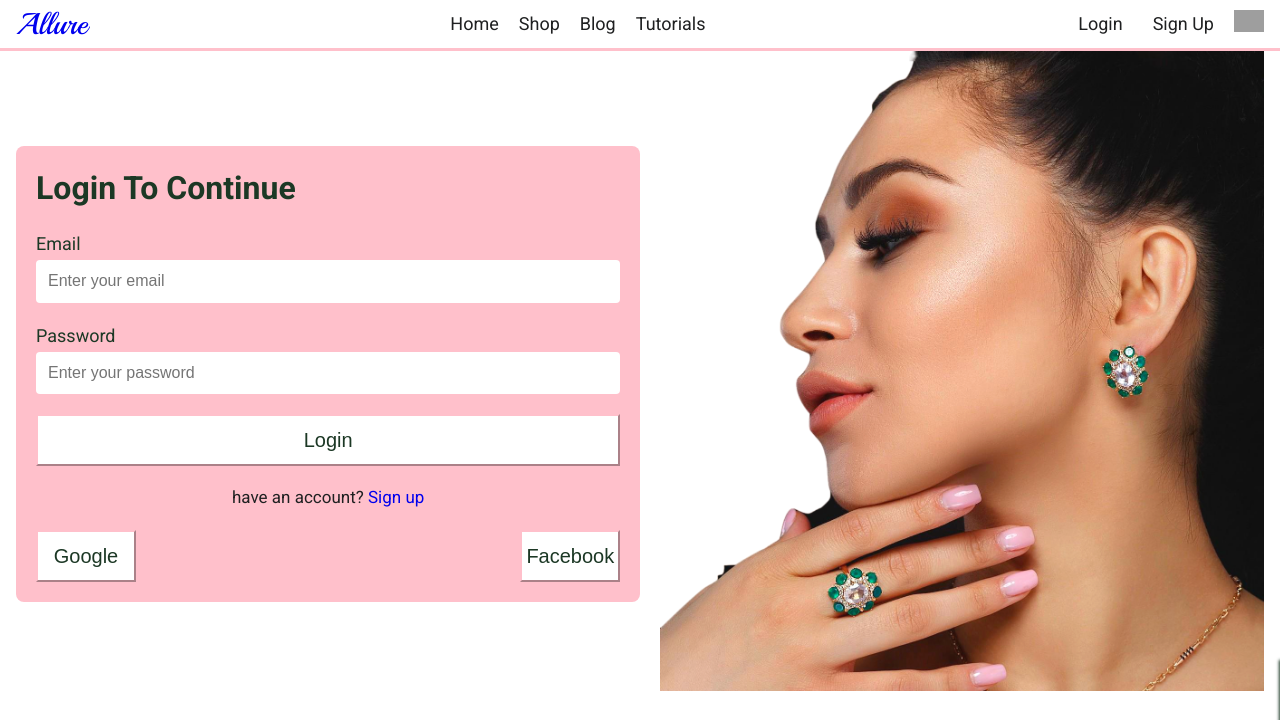
Repository: Benedict-Anthony/Allure-E-commerce-React-Js
Page: /login
An editor plug-in stored every save of this project. The page is shown before and after the next save, followed by the edit.
The browser window is 1280 px wide. The pictures show the whole page.
Pictures or frames that could not be fetched are drawn as grey boxes. The page's requests for data from a server got no answer. The project was rebuilt for these pictures with package versions that can differ from the ones it lists, and the page was loaded fresh each time. No one was signed in, and anything a server would have sent is missing. Also part of the build but not shown: src/App.css, src/css/card.css, src/shared/Card.tsx, src/scripts/landing.ts, src/css/landing.css, src/components/Landing.tsx, src/css/courses.css, src/shared/Course.tsx and 23 more.

Above is the page before, as saved 2023-02-04 04:57:58.

### src/index.css
@import url('https://fonts.googleapis.com/css2?family=Great+Vibes&family=Playball&family=Roboto:wght@300;400;700&display=swap');


:root {
  --primary-color: pink;
  --secondary-color: #1c3825;
  --text-color: #1f2021;
  --basic: #fff;
  --fontSize: 18px;

}


*,
*::after,
*::before {
  padding: 0;
  margin: 0;
  box-sizing: border-box;
  line-height: 1.4em;
  transition: all .3s linear;
  list-style: none;
  text-decoration: none;
}

html {
  scroll-behavior: smooth;
}

body {
  width: 100%;
  background-color: var(--basic);
  color: var(--text-color);
  font-family: 'Roboto', sans-serif;
}

.container {
  padding: 0 1rem;
  overflow: hidden;
  height: auto;
}

.button {
  display: inline-block;
  padding: 10px 20px;
  color: var(--basic);
  margin-top: 20px;
  background-color: var(--secondary-color);
  border: 2px solid var(--fontSize);
  border-radius: 6px;
}

.flex {
  display: flex;
  justify-content: space-between;
  align-items: center;
}

.flex-center {
  justify-content: center;
}

.flex-row {
  flex-direction: column;
}


.swiper {
  width: 100%;
  height: 100%;
}

.swiper-slide {
  text-align: center;
}


.grid {
  display: grid;
  grid-template-columns: repeat(auto-fit, minmax(12rem, 2fr));
  justify-content: space-between;
  align-items: flex-start;
  gap: 20px;
}


.btn {
  display: inline-block;
  background-color: var(--text-color);
  color: var(--basic);
  font-size: 16px;
  font-family: inherit;
  margin-top: 10px;
  border: 1px solid var(--basic);
  padding: 10px 20px;
  border-radius: 8px;
}

.section {
  margin-top: 20px;
}

.togglebar,
.close {
  display: none;
}

.wrapper {
  max-width: 960px;
  margin: 0 auto;
}

.strike {
  text-decoration: line-through;
  color: var(--secondary-color);
  font-size: 10px;
}




@media(max-width:1024px) {
  /* .grid {
    grid-template-columns: repeat(3, 1fr);
  } */
}


@media(max-width:768px) {

  .container {
    padding: 0 1.3rem;
    overflow: hidden;
    height: auto;
  }

  /* .flex {
    flex-direction: column;
  } */

  /* .grid {
    grid-template-columns: repeat(2, 1fr);
  } */


  /* .togglebar,
  .close {
    display: block;
  } */
}

@media(max-width:500px) {

  /* .flex {
    display: grid;
    grid-template-columns: 1fr 1fr;
  } */

  .grid {
    grid-template-columns: 1fr 1fr;
  }
}

### src/App.tsx
import React from 'react';
import './App.css';
import { BrowserRouter, Routes, Route } from "react-router-dom"
import { ProductProvider } from './contexts/ProductContext';


import Home from './pages/Home';
import Shop from './pages/Shop';
import Header from './components/Header';
import { LessonProvider } from './contexts/LessonContext';
import Tutorials from './pages/Tutorials';
import ProductDetail from './pages/ProductDetail';
import CourseDetail from './pages/CourseDetail';
import Login from './pages/Login';
import SignIn from './pages/SignIn';
import Account from './pages/Account';
import ButtonNav from './components/ButtonNav';

function App() {
  return (
    <BrowserRouter>
      <LessonProvider>
        <ProductProvider>
          <Header />
          <Routes>
            <Route path={"/"} element={<Home />} />
            <Route path='/login' element={<Login />} />
            <Route path='/sign-in' element={<SignIn />} />
            <Route path='/account' element={<Account />} />
            <Route path={"/shop"} element={<Shop />} />
            <Route path={"/tutorials"} element={<Tutorials />} />
            <Route path={"/product/:slug"} element={<ProductDetail />} />
            <Route path={"/course/:slug"} element={<CourseDetail />} />
          </Routes>
          <ButtonNav />
        </ProductProvider>
      </LessonProvider>
    </BrowserRouter>
  );
}

export default App;

### src/contexts/ProductContext.tsx
import React from "react"
import { createContext,  useReducer, useEffect } from 'react';
import { childrenProps, ProductContextInterface } from "../types/contextTypes"
import { initialProductInterface } from "../types/reducerTypes"
import { productReducer } from "../reducers/productReducers";
import getData from "../utils/fetchFunc";
import { ProductType } from "../reducers/productReducers";
import { LessonType } from "../reducers/lessonReducer";


const ProductContext = createContext({} as ProductContextInterface)

export const ProductProvider = ({ children }: childrenProps) => {
    const initialState: initialProductInterface = {
        products: [],
        lessonAssets:[],
        product:{},
        isFetching: true,
        rltd:[]
    }
    const [state, dispatch] = useReducer(productReducer, initialState)
    const fetchProductData = async () => {
        const data = await getData("products")
        dispatch({type:ProductType.LOAD_PRODUCTS, payload:data})
    }

    const getSingleProduct = async (slug:number | string | undefined) => {
        const data = await getData("products", slug)
        const rltdData = await getData(`products/${slug}/category`)
        dispatch({type:ProductType.LOAD_PRODUCT_DETAIL, payload:data, others:rltdData})
    }

   const getLessonAssets = async (slug : string | undefined) => {
       const data = await getData(`lessons/${slug}/assets`)
       dispatch({type:LessonType.LOAD_LESSON_DETAIL_ASSETS, others:data})
   }

    useEffect(() => {
        fetchProductData()
    },[])
    return (

        <ProductContext.Provider value={{
            data: state,

            getSingleProduct,
            getLessonAssets,
        }}>
        {children}
    </ProductContext.Provider>
        )
}


export default ProductContext

### src/components/Header.tsx
import React, { useState } from 'react'
import { FaBars, FaTimes } from 'react-icons/fa'
import { Link } from 'react-router-dom'
import { Navigations } from '../scripts/topNavItems';
import cart from "../assets/cart.png";
import "../css/header.css"

const Header = () => {
  const [activeMenu, setActiveMenu] = useState(false)

  return (
    <header>
      <div className="container">
        <nav className="nav__items">
          <div className="logo">
            <Link to={"/"}>Allure</Link>
          </div>

          <ul className={`nav_links flex ${activeMenu && "active"} `}>
            {Navigations.map((item) => (
              <li key={item.id}>
                {item.page ? <Link to={`/${item.to}`}>{item.name}</Link> : <a href={`#${item.to}`}>{item.name}</a>}
              </li>
            ))}
            <FaTimes className="close" onClick={() => setActiveMenu(false)} />
          </ul>

          <ul className="nav_icons">

            <li><Link to={"login"}>Login</Link></li>
            <li><Link to={"sign-in"}>Sign Up</Link></li>
            <div className="cart">
              <img src={cart} alt="" />

            </div>
            <FaBars className="togglebar" onClick={() => setActiveMenu(true)} />
          </ul>
        </nav>
      </div>
    </header>
  )
}

export default Header

### src/contexts/LessonContext.tsx
import { createContext, useEffect, useReducer } from "react";
import lessonReducer from "../reducers/lessonReducer";
import { initialLessonInterface } from '../types/reducerTypes';
import { childrenProps, LessonContextInterface } from '../types/contextTypes';
import getData from "../utils/fetchFunc";
import { LessonType } from '../reducers/lessonReducer';
const LessonContext = createContext({} as LessonContextInterface)

export const LessonProvider = ({ children }: childrenProps) => {
    const initialState:initialLessonInterface = {
        lessons:[],
        count: 0,
        lesson:{}
    }

    const [state, dispatch] = useReducer(lessonReducer, initialState)

    async function fetchLessonData() {
        const data = await getData("lessons")
        dispatch({type:LessonType.LOAD_LESSONS, payload:data})
    }

    const getLessonDetails = async (slug:string |undefined) => {
        const data = await getData(`lessons/${slug}`)
        dispatch({ type:LessonType.LOAD_LESSON_DETAIL, payload:data})
    }

    useEffect(() => {
      fetchLessonData()
    },[])
    return (
        <LessonContext.Provider value={{
            data:state,
            getLessonDetails
            }}>
            {children}
        </LessonContext.Provider>
    )
}

export default LessonContext

### src/pages/Login.tsx
import React, { FormEvent } from 'react'
import { Link } from "react-router-dom"
import loginModel from "../assets/model.png";
import "../css/login.css"
import Button from '../shared/Button';
import useForm from "../hooks/useForm"


const Login = () => {
  const { handleAccount, reset, loginData } = useForm("")

  const handleSubmit = (e: FormEvent<HTMLFormElement>) => {
    e.preventDefault()
    console.log(loginData)
    reset()
  }
  return (
    <section className='container'>
      <main className="login">
        <form action="" className='form' onSubmit={handleSubmit}>
          <h3>Login to continue</h3>
          <div className="form-group">
            <label htmlFor="">Email</label>
            <input type="text" placeholder='Enter your email' name="email" onChange={handleAccount} />
          </div>
          <div className="form-group">
            <label htmlFor="">Password</label>
            <input type="password" placeholder='Enter your password' name='password' onChange={handleAccount} />
          </div>
          <Button type='submit'>Login</Button>
          <div className="login_or_sigh-up">
            have an account? <Link to={"/sign-in"}>Sign up</Link>
          </div>

          <div className='social'>
            <Button type='submit'>Google</Button>
            <Button type='submit'>Facebook</Button>
          </div>
        </form>
        <div className="model">
          <img src={loginModel} alt="" />
        </div>
      </main>

    </section>
  )
}

export default Login

### src/components/ButtonNav.tsx
import React from 'react'
import { AiOutlineHome, AiOutlineUser } from "react-icons/ai"
import { BiShoppingBag, BiLogIn } from "react-icons/bi"
import { MdOutlinePlayLesson } from "react-icons/md"
import { GrBlog } from "react-icons/gr"
import { Link } from 'react-router-dom'




const ButtonNav = () => {
    window.addEventListener("scroll", () => {
        if (window.scrollY) {
            document.querySelector(".nav__bottom")?.classList.add("active__nav")
        } else {
            document.querySelector(".nav__bottom")?.classList.remove("active__nav")

        }
    })
    return (
        <nav className="nav__bottom">
            <ul>
                <li><Link to={"/"}><AiOutlineHome /></Link></li>
                <li><Link to={"/shop"}><BiShoppingBag /></Link></li>
                <li><Link to={"/tutorials"}><MdOutlinePlayLesson /></Link></li>
                <li><Link to={"/blog"}><GrBlog /></Link></li>
                <li><Link to={"/account"}><AiOutlineUser /></Link></li>
            </ul>
        </nav>
    )
}

export default ButtonNav

### src/reducers/productReducers.tsx
import { actionInterface, initialProductInterface } from "../types/reducerTypes";
import { LessonType } from "./lessonReducer";
export const ProductType = {
    LOAD_PRODUCTS: "LOAD_PRODUCTS",
    LOAD_PRODUCT_DETAIL:"LOAD_PRODUCT_DATAIL"
}
export const productReducer = (state:initialProductInterface, action:actionInterface) => {
    switch (action.type) {
        case ProductType.LOAD_PRODUCTS:
            return {
                ...state,
                products: action.payload,
                isFetching:false,
            }
        case ProductType.LOAD_PRODUCT_DETAIL:
            return {
                ...state,
                product: action.payload,
                rltd:action.others
            }
        case LessonType.LOAD_LESSON_DETAIL_ASSETS:
            return {
                ...state,
                lessonAssets:action.others
            }
        default:
            return state
    }
}

### src/utils/fetchFunc.tsx
const getData = async (endpoint: string, slug?: number | string | null) => {
    if (slug) {
        const response = await fetch(`http://127.0.0.1:8000/api/${endpoint}/${slug}`)
        const data = await response.json()
        return data
    } else {
        const response = await fetch(`http://127.0.0.1:8000/api/${endpoint}/`)
        const data = await response.json()
        return data
    }

}


export default getData

### src/reducers/lessonReducer.tsx
import { initialLessonInterface, actionInterface } from '../types/reducerTypes';

export const LessonType = {
    LOAD_LESSONS: "LOAD_LESSONS",
    LOAD_LESSON_DETAIL:"LOAD_DETAILS",
    LOAD_LESSON_DETAIL_ASSETS:"LOAD_LESSON_DETAIL_ASSETS"
}

const lessionReducer = (state:initialLessonInterface, action:actionInterface) => {
    switch (action.type) {
        case LessonType.LOAD_LESSONS:
            return {
                ...state,
                lessons:action.payload,
                count:1
            }
        case LessonType.LOAD_LESSON_DETAIL:
            return {
                ...state,
                lesson:action.payload
            }

        default:
            return state
    }
}


export default lessionReducer

### src/scripts/topNavItems.ts
export const Navigations = [
    {
        id: 1,
        name: "home",
        to: "",
        page: true,
    },
    // {
    //     id: 2,
    //     name: "courses",
    //     to: "courses",
    //     page: false,

    // },
    // {
    //     id: 3,
    //     name: "arrivals ",
    //     to: "products",
    //     page: false,

    // },
    {
        id: 4,
        name: "shop",
        to: "shop",
        page: true,
    },

    {
        id: 5,
        name: "blog",
        to: "blog",
        page: true,

    },
    {
        id: 6,
        name: "tutorials",
        to: "tutorials",
        page: true,


    },
]


export const Courses = [
    {
        id: 1,
        name: "courses",
        count: 100
    },

    {
        id: 2,
        name: "student",
        count: 150
    },

    {
        id: 3,
        name: "experience Tutors",
        count: 100
    },

    {
        id: 4,
        name: "beauty project",
        count: 200
    },
]

### src/css/header.css
header {
    padding: 3px 0px;
    /* background-color: var(--primary-color); */
    border-bottom: 3px solid var(--primary-color);
    /* osition: fixed;
    top: 0;
    width: 100%;
    z-index: 10;p */
}

header nav {
    display: flex;
    justify-content: space-between;
    align-items: center;
}

header nav .logo {
    font-size: 30px;
    /* font-family: 'Great Vibes', cursive;
     */
    font-family: 'Playball', cursive;
}

header nav li {
    position: relative;
    margin: 0 10px;
}

header nav li::after {
    content: '';
    width: 0;
    height: 2px;
    background: linear-gradient(to right, var(--secondary-color), var(--primary-color));
    position: absolute;
    bottom: 0;
    left: 0;
}

header nav li:hover::after {
    width: 100%;
}

header nav ul li a {
    color: var(--text-color);
    font-size: var(--fontSize);
    text-transform: capitalize;
}

header .cart {
    width: 30px;
}

header .cart img {
    width: 100%;
}



.nav_icons {
    display: flex;
    align-items: center;
    justify-content: space-around;
    column-gap: 10px;
}



.nav_icons svg {
    color: var(--secondary-color);
    font-size: 20px;
    margin: 0 2px;
}


.nav__bottom {
    display: block;
    width: 100%;
    margin: auto;
    margin-top: 40px;
    position: fixed;
    bottom: 0;
    left: 100%;
    background-color: var(--basic);
    padding: 15px 0;
    box-shadow: 3px 4px 3px 4px var(--secondary-color);
}

.nav__bottom ul {
    display: flex;
    align-items: center;
    justify-content: center;
}

.nav__bottom ul li {
    margin: 0 15px;
}

.nav__bottom ul li svg {
    color: var(--secondary-color);
    font-size: 1.5rem;
    font-weight: 700;
}

@media(max-width:768px) {
    header nav .nav_links {
        position: absolute;
        top: -100vh;
        right: 0;
        width: 80%;
        background-color: var(--basic);
        border-left: 3px solid var(--primary-color);
        height: 100vh;
        z-index: 10;
        justify-content: flex-start;
        align-items: flex-start;
        gap: 25px;
        padding-left: 50px;
        padding-top: 50px;
        display: none;

    }

    .nav_icons li {
        display: none;
    }

    header nav .nav_links.active {
        top: 0;
    }

    .close {
        position: absolute;
        top: 7px;
        left: .6rem;
        font-weight: 100;
        font-size: 25px;
        color: var(--secondary-color);
    }

    .nav__bottom {
        left: 0;
    }

    .active__nav {
        bottom: -160px
    }

}

### src/shared/Button.tsx
import React from 'react'
import { ReactNode } from "react"

import "../css/button.css"
type ButtonProps = {
    children:ReactNode,
    type:"button" | "submit",
    hanldleOnclick?: () => void
}
const Button = ({children, type, hanldleOnclick}:ButtonProps) => {
  return (
    <button type={type} onClick={hanldleOnclick}> {children} </button>
  )
}

export default Button

### src/css/login.css
.login {
    display: flex;
    justify-content: space-between;
    align-items: center;
    /* margin-top: 20px; */
    column-gap: 20px;
}

.login :is(.form, .model) {
    width: 100%;
}

.login .form {
    background-color: var(--primary-color);
    border-radius: 8px;
    padding: 20px;
    width: 100%;
}

.login .form h3 {
    color: var(--secondary-color);
    font-size: 32px;
    text-transform: capitalize;
}

.w-50 {
    display: flex;
    column-gap: 20px;
}

.login .form .form-group {
    width: 100%;
    display: flex;
    align-items: flex-start;
    justify-content: flex-start;
    flex-direction: column;
    margin: 20px 0;
}

.login .form .form-group label {
    color: var(--secondary-color);
    font-size: 18px;
}

.login .form .form-group input {
    padding: 10px 12px;
    margin-top: 4px;
    border: 0;
    outline: 0;
    width: 100%;
    font-size: 16px;
    border-radius: 4px;
}

.login_or_sigh-up {
    text-align: left;
    margin-top: 20px;
    font-size: 17px;
    text-align: center;
}

.login .form .social {
    display: flex;
    justify-content: space-between;
    align-items: center;
    gap: 20px;
}


.login .form .social button {
    width: 100px;
    padding: 10px 0;
}

.login .form :is(button) {
    width: 100%;
    font-size: 20px;
}

.login .model img {
    width: 100%;
    max-height: 40rem;
    object-fit: cover;
    object-position: top;
}




@media(max-width:946px) {
    .login {
        display: flex;
        justify-content: center;
        align-items: center;
        margin-top: 20px;
    }

    .login .model {
        display: none;
    }
}

@media(max-width:480px) {
    .w-50 {
        flex-flow: column;
        gap: 0;
    }
}

### src/hooks/useForm.tsx
import { ChangeEvent, useState } from "react"

type createAccountType = {
    firstName: string
    lastName: string
    email: string
    password: string
    passwordcomfirm: string
}
const useForm = (value: string) => {
    const [createAccount, setCreateAccount] = useState<createAccountType>({
        firstName: value,
        lastName: value,
        email: value,
        password: value,
        passwordcomfirm: value

    })

    const reset = () => {
        setCreateAccount({
            firstName: value,
            lastName: value,
            email: value,
            password: value,
            passwordcomfirm: value
        })
    }
    const handleAccount = (event: ChangeEvent<HTMLInputElement>) => {
        setCreateAccount({ ...createAccount, [event.target.name]: event.target.value })
    }


    const loginData = { email: createAccount.email, password: createAccount.password }

    return { createAccount, handleAccount, reset, loginData }

}

export default useForm

### src/css/button.css
button {
    display: block;
    margin-top: 20px;
    padding: 10px 20px;
    color: var(--secondary-color);
    background-color: var(--basic);
    border: 2px outset var(--primary-color)
}

button:hover {
    transform: scale(.98);
    transition: .4s cubic-bezier(0.165, 0.84, 0.44, 1);
    cursor: pointer;
    /* z-index: 10; */
}

@media(max-width:700px) {
    button {
        width: 100%;
    }
}

Loaded but not shown: public/index.html (common file); src/index.tsx (common file)

After the next save:
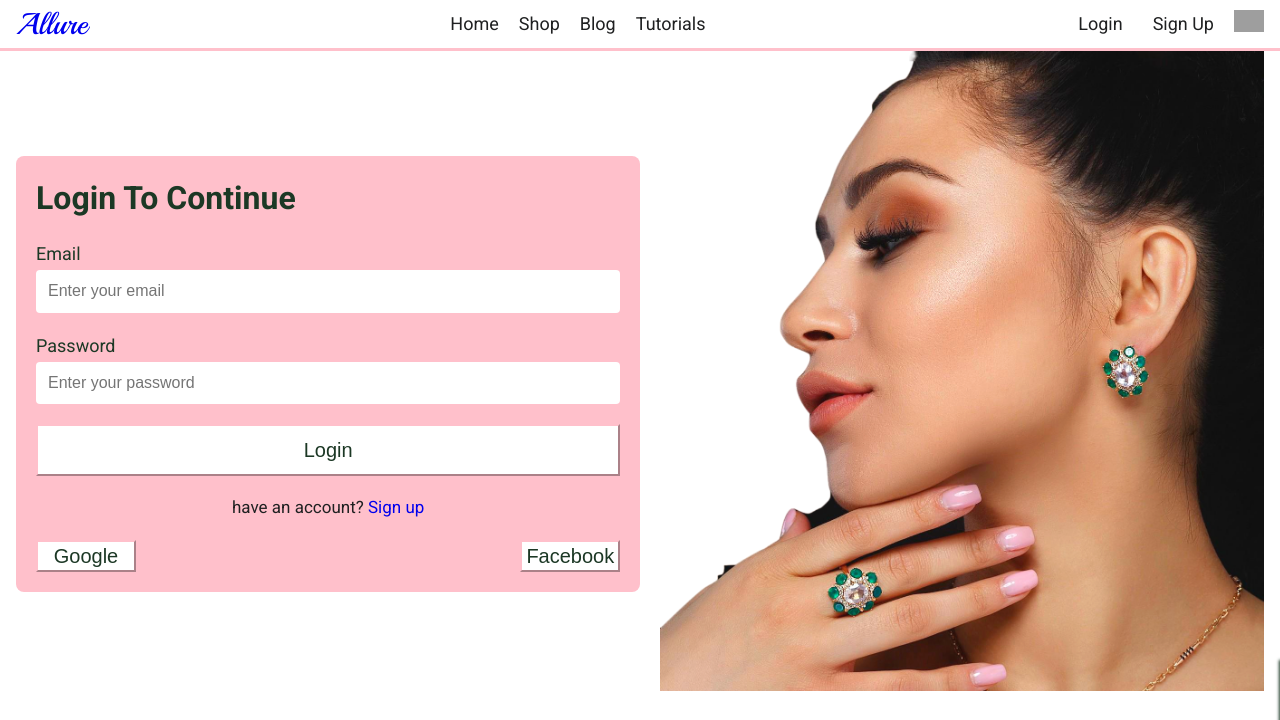
Saved 4 s later.
--- a/src/css/login.css
+++ b/src/css/login.css
@@ -69,7 +69,7 @@
 
 .login .form .social button {
     width: 100px;
-    padding: 10px 0;
+    padding: 0 0;
 }
 
 .login .form :is(button) {
